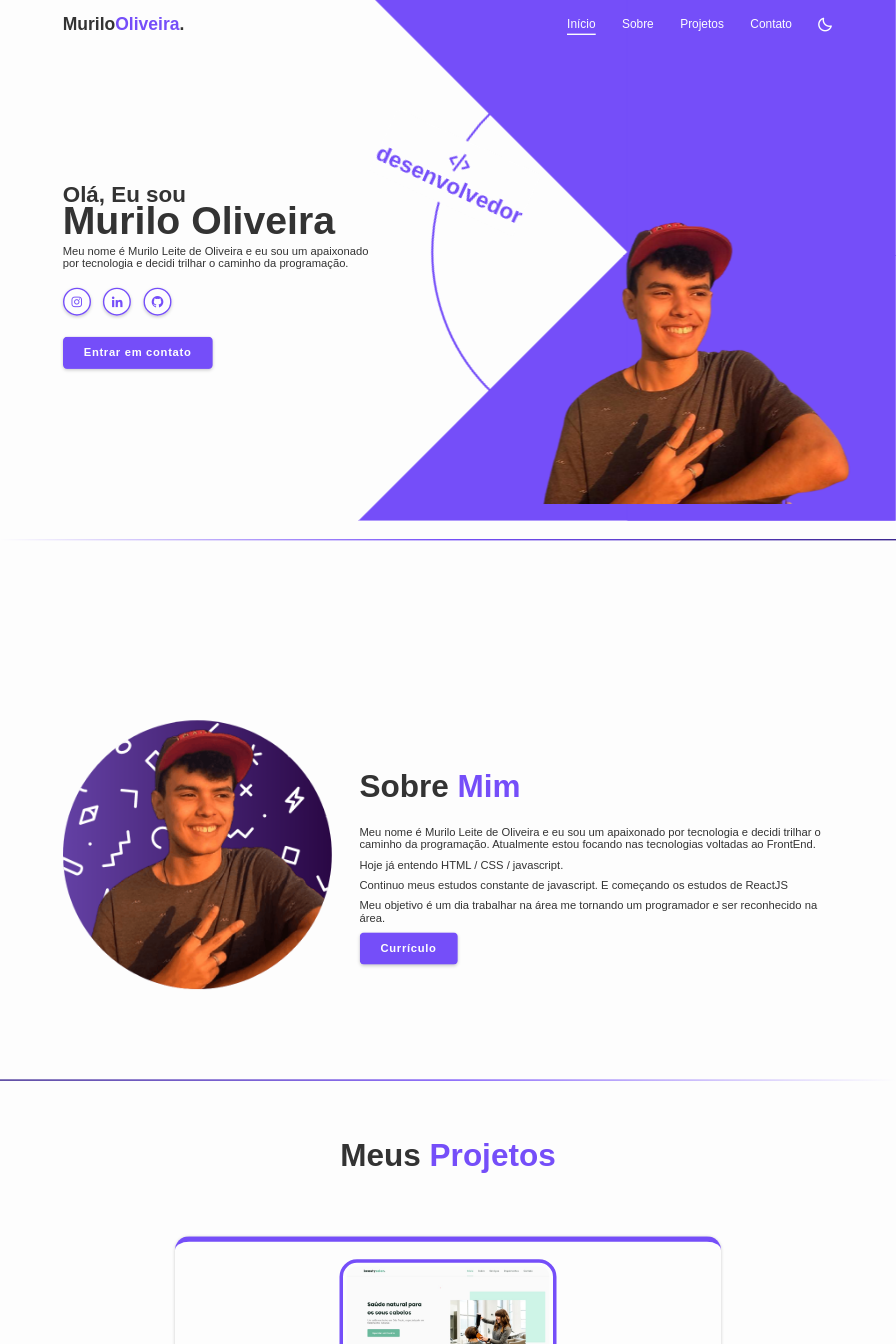
Repository: devMuriloOliveira/Portfolio-
Page: index.html
The author's editor kept a copy of each file at every save. The page is drawn from the files as they stood at one save, then again after the next save.
The browser window is 1280 px wide. The pictures show the part of the page from y = 0 to 1920 px (the page is 3045 px tall before and 2943 px after), at 70% of full size.

Above is the page before, as saved 2023-04-01 15:46:32.

### index.html
<!DOCTYPE html>
<html lang="en">
  <head>
    <meta charset="UTF-8" />
    <meta http-equiv="X-UA-Compatible" content="IE=edge" />
    <meta name="viewport" content="width=device-width, initial-scale=1.0" />
    <title>Murilo Oliveira</title>

    <!--swiper css-->
    <link
      rel="stylesheet"
      href="https://cdn.jsdelivr.net/npm/swiper@9/swiper-bundle.min.css"
    />

    <!--box icons-->
    <link
      href="https://unpkg.com/boxicons@2.1.4/css/boxicons.min.css"
      rel="stylesheet"
    />

    <!--font-->
    <link
      rel="stylesheet"
      href="https://fonts.googleapis.com/css2?family=Material+Symbols+Outlined:opsz,wght,FILL,GRAD@20..48,100..700,0..1,-50..200"
    />

    <!--css-->
    <link rel="stylesheet" href="style.css" />
  </head>
  <body>
    <header class="header">
      <a class="logo" href="#">Murilo<span>Oliveira</span>.</a>

      <nav class="navbar">
        <a href="#inicio" class="active">Início</a>
        <a href="#sobre">Sobre</a>
        <a href="#projetos">Projetos</a>
        <a href="#contato">Contato</a>
      </nav>

      <div class="bx bx bx-moon" id="darkMode-icon"></div>

      <div class="bx bx-menu" id="menu-icon"></div>

    </header>

    <!------------inicio------------>

    <section class="inicio" id="inicio">
      <div class="inicio-content">
        <h3>Olá, Eu sou</h3>
        <h1>Murilo Oliveira</h1>
        <p>
          Meu nome é Murilo Leite de Oliveira e eu sou um apaixonado por
          tecnologia e decidi trilhar o caminho da programação.
        </p>

        <div class="social-media">
          <a href="https://www.instagram.com/murilo__15/" target="_blank"><i class="bx bxl-instagram"></i></a>
          <a href="https://www.linkedin.com/in/murilo-oliveira-28ab52248/" target="_blank"><i class="bx bxl-linkedin" ></i></a>
          <a href="https://github.com/devMuriloOliveira" target="_blank"><i class="bx bxl-github"></i></a>
        </div>

        <a href="#contato" class="btn">Entrar em contato</a>
      </div>

      <div class="profession-container">
        <div class="profession-box">
          <div class="profession" style="--i: 0">
            <i class="bx bx-code-alt"></i>
            <h3>desenvolvedor</h3>
          </div>
          <div class="profession" style="--i: 1">
            <i class="bx bx-code-alt"></i>
            <h3>---Front-end---</h3>
          </div>
          <div class="profession" style="--i: 2">
            <i class="bx bx-code-alt"></i>
            <h3>desenvolvedor</h3>
          </div>
          <div class="profession" style="--i: 3">
            <i class="bx bx-code-alt"></i>
            <h3>---Front-end---</h3>
          </div>
          <div class="circle"></div>
        </div>

        <div class="overlay"></div>
      </div>

      <div class="inicio-img">
        <img src="assets/homem_sorrindo-removebg-preview.png" alt="" />
      </div>
    </section>

    <!------------sobre------------>
    <div class="divider-1"></div>

    <section class="sobre" id="sobre">
      <div class="sobre-img">
        <img src="/assets/profile-pic (4).png" alt="" />
      </div>

      <div class="sobre-content">
        <h2 class="heading">Sobre <span>Mim</span></h2>

        <p>
          Meu nome é Murilo Leite de Oliveira e eu sou um apaixonado por
          tecnologia e decidi trilhar o caminho da programação. Atualmente estou
          focando nas tecnologias voltadas ao FrontEnd.
        </p>
        <br />
        <p>Hoje já entendo HTML / CSS / javascript.</p>
        <br />
        <p>
          Continuo meus estudos constante de javascript. E começando os estudos
          de ReactJS
        </p>
        <br />
        <p>
          Meu objetivo é um dia trabalhar na área me tornando um programador e ser
          reconhecido na área.
        </p>
        <br />

        <a href="#" class="btn">Currículo</a>
      </div>
    </section>

    <!------------projetos------------>
    <div class="divider-2"></div>


    <section class="projetos" id="projetos">
      <h2 class="heading">Meus <span>Projetos</span></h2>

      <div class="projetos-wrapper">
        <div class="projetos-box mySwiper">
          <div class="projetos-content swiper-wrapper">
            <div class="projetos-slide swiper-slide">
              <img src="/assets/fotos-projetos/salon.jpg" alt="" />
              <h3>BeautySalon</h3>
              <p>
                Focado no front end, beautysalon é um site modelo flexível para
                ser usado para qualquer tipo de negócio, vai da necessidade do
                que você precisa vender.
              </p>
              <a
                class="btn"
                target="_blank"
                href="projetos/projeto-1.html"
                >Visualizar</a
              >
            </div>

            <div class="projetos-slide swiper-slide">
              <img src="/assets/fotos-projetos/doctor-care.jpg" alt="" />
              <h3>DoctorCare</h3>
              <p>
                Focado no front end, DoctorCare é um site modelo flexível para
                ser usado para qualquer tipo de negócio, vai da necessidade do
                que você precisa vender.
              </p>
              <a
                class="btn"
                target="_blank"
                href="https://devmurilooliveira.github.io/doctor-car/"
                >Visualizar</a
              >
            </div>

            <div class="projetos-slide swiper-slide">
              <img src="/assets/fotos-projetos/alura-plus.jpg" alt="" />
              <h3>Alura Plus</h3>
              <p>
                Focado nas práticas do HTML e CSS a Alura Plus é uma tela
                inicial de um serviço de cursos, pode ser usado como para
                qualquer tipo de site que seguem esse estilo.
              </p>
              <a
                class="btn"
                target="_blank"
                href="https://devmurilooliveira.github.io/Alura-Plus/"
                >Visualizar</a
              >
            </div>

            <div class="projetos-slide swiper-slide">
              <img src="/assets/fotos-projetos/alura-books.jpg" alt="" />
              <h3>Alura Books</h3>
              <p>
                Focado nas práticas do HTML e CSS a Alura Books é um site modelo
                que pode ser usado para vendas de livros, totalmente responsivos
                para qualquer tipo de tela.
              </p>
              <a
                class="btn"
                target="_blank"
                href="https://devmurilooliveira.github.io/Alura-Books/"
                >Visualizar</a
              >
            </div>

            <div class="projetos-slide swiper-slide">
              <img src="/assets/fotos-projetos/hzc.jpg" alt="" />
              <h3>HZC</h3>
              <p>
                Focado nas práticas do HTML e CSS o HZC é uma tela inicial de um
                site de skatistas que pode ser usado como base para qualquer
                tipo de site, responsivo para mobile e desktop.
              </p>
              <a
                class="btn"
                target="_blank"
                href="https://devmurilooliveira.github.io/HZC/"
                >Visualizar</a
              >
            </div>

            <div class="projetos-slide swiper-slide">
              <img src="/assets/fotos-projetos/alura-mid.jpg" alt="" />
              <h3>Alura Mid</h3>
              <p>
                Focado nas práticas do javascript O Alura Midi é um instrumento
                musical de interface digital, onde a cada botão vamos reproduzir
                o som de um instrumento.
              </p>
              <a
                class="btn"
                target="_blank"
                href="https://alura-mid-eta.vercel.app/"
                >Visualizar</a
              >
            </div>

            <div class="projetos-slide swiper-slide">
              <img src="/assets/fotos-projetos/mochila-de-viagem.jpg" alt="" />
              <h3>Mochila de Viagem</h3>
              <p>
                Focado nas práticas do javascript o Mochila de Viagem é uma
                lista de itens, onde eu vou registrando tudo que eu não posso
                esquecer e na hora de montar a minha mochila estar tudo ali
                salvo.
              </p>
              <a
                class="btn"
                target="_blank"
                href="https://devmurilooliveira.github.io/Mochila-de-viagem/"
                >Visualizar</a
              >
            </div>

            <div class="projetos-slide swiper-slide">
              <img src="/assets/fotos-projetos/numero-secreto.jpg" alt="" />
              <h3>Numero Secreto</h3>
              <p>
                Focado nas práticas do javascript o Numero Secreto é um jogo
                onde você tem que adivinhar um numero aleatório entre 0 e 1000.
              </p>
              <a
                class="btn"
                target="_blank"
                href="https://jogo-numero-secreto-beige-rho.vercel.app/"
                >Visualizar</a
              >
            </div>

            <div class="projetos-slide swiper-slide">
              <img src="/assets/fotos-projetos/Organo.jpg" alt="" />
              <h3>Organo</h3>
              <p>
                Focado nas práticas do javascript o Mochila de Viagem é uma
                lista de itens, onde eu vou registrando tudo que eu não posso
                esquecer e na hora de montar a minha mochila estar tudo ali
                salvo.
              </p>
              <a
                class="btn"
                target="_blank"
                href="https://devmurilooliveira.github.io/Mochila-de-viagem/"
                >Visualizar</a
              >
            </div>

            <div class="projetos-slide swiper-slide">
              <img src="/assets/fotos-projetos/Organo-2.jpg" alt="" />
              <h3>Organo</h3>
              <p>
                Focado nas práticas do javascript o Mochila de Viagem é uma
                lista de itens, onde eu vou registrando tudo que eu não posso
                esquecer e na hora de montar a minha mochila estar tudo ali
                salvo.
              </p>
              <a
                class="btn"
                target="_blank"
                href="https://devmurilooliveira.github.io/Mochila-de-viagem/"
                >Visualizar</a
              >
            </div>

            <div class="projetos-slide swiper-slide">
              <img src="/assets/fotos-projetos/Alura Space.jpg" alt="" />
              <h3>Alura Space</h3>
              <p>
                Focado nas práticas do javascript o Mochila de Viagem é uma
                lista de itens, onde eu vou registrando tudo que eu não posso
                esquecer e na hora de montar a minha mochila estar tudo ali
                salvo.
              </p>
              <a
                class="btn"
                target="_blank"
                href="https://devmurilooliveira.github.io/Mochila-de-viagem/"
                >Visualizar</a
              >
            </div>

            <div class="projetos-slide swiper-slide">
              <img src="/assets/fotos-projetos/Cine-Tag.jpg" alt="" />
              <h3>Cine Tag</h3>
              <p>
                Focado nas práticas do javascript o Mochila de Viagem é uma
                lista de itens, onde eu vou registrando tudo que eu não posso
                esquecer e na hora de montar a minha mochila estar tudo ali
                salvo.
              </p>
              <a
                class="btn"
                target="_blank"
                href="https://devmurilooliveira.github.io/Mochila-de-viagem/"
                >Visualizar</a
              >
            </div>
          </div>

          <div class="swiper-button-next"></div>
          <div class="swiper-button-prev"></div>
          <div class="swiper-pagination"></div>
        </div>
      </div>
    </section>

    <!---------------------------contato---------------------------------->
    <div class="divider-1"></div>


    <section class="contato" id="contato">
      <h2 class="heading">Entre em  <span>contato</span></h2>
      <div class="contato-container">
        <div class="text">
          <p>PRECISA DE UM SITE?</p>
          <h2 class="title">Vamos trabalhar juntos</h2>
          <a
            href="https://api.whatsapp.com/send?phone=+5519971549006&text=Oi"
            class="btn"
            target="_blank"
            ><i class='bx bxl-whatsapp' ></i></i> Entrar em contato</a
          >
        </div>

        <div class="links">
          <ul class="grid">
            <li><i class='bx bx-phone'></i></i> (19) 97154-9006</li>
            <li><i class='bx bx-envelope' ></i></i> muriloleiteoliveira1@gmail.com</li>
          </ul>
        </div>

      </div>
    </section>

    <!--------------------------------footer----------------------------------->

    <footer class="footer">
      <div class="footer-text">
        <p>Copyright &copy; 2023 Murilo Oliveira. | Todos os direitos reservados.</p>
      </div>

      <div class="footer-iconTop">
        <a href="#"><i class='bx bx-up-arrow-alt'></i></a>
      </div>
    </footer>

    <!--scroll reveal-->
    <script src="https://unpkg.com/scrollreveal"></script>

    <!--swiper js-->
    <script src="https://cdn.jsdelivr.net/npm/swiper@9/swiper-bundle.min.js"></script>

    <!--main js-->
    <script src="/main.js"></script>
  </body>
</html>

Loaded but not shown: main.js (87 lines, source omitted); style.css (796 lines, source omitted)

After the next save:
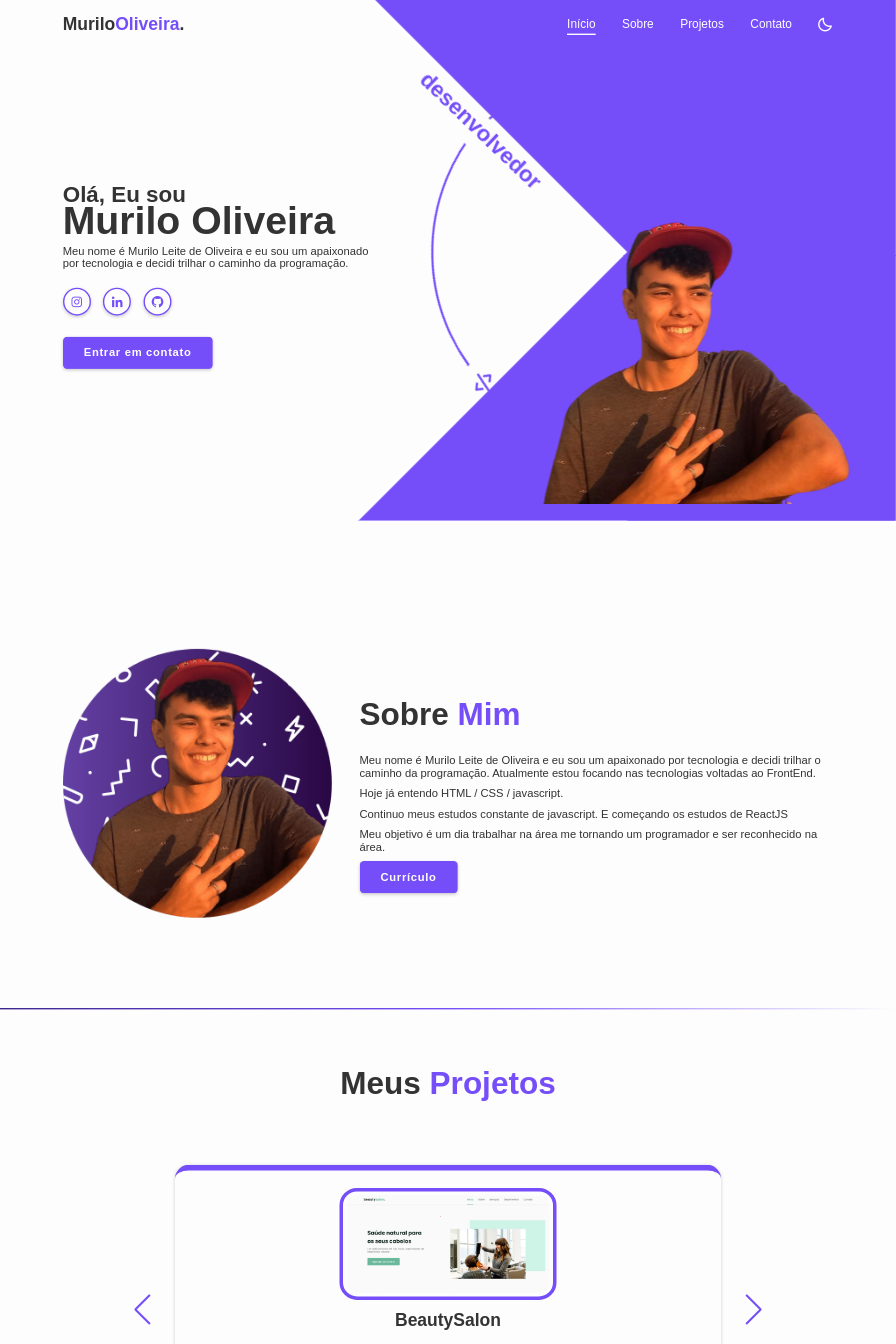
Saved 4 days later.
--- a/index.html
+++ b/index.html
@@ -94,7 +94,7 @@
     </section>
 
     <!------------sobre------------>
-    <div class="divider-1"></div>
+
 
     <section class="sobre" id="sobre">
       <div class="sobre-img">
